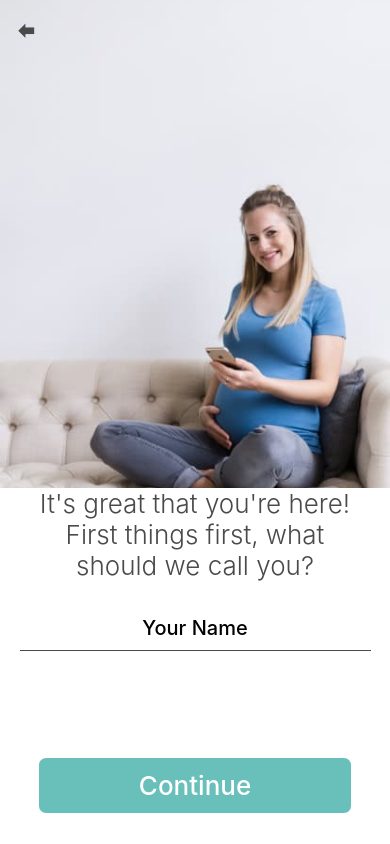
Repository: pheonixlegend/keleya
Screen: /Name
An editor plug-in stored every save of this project. The screen is shown before and after the next save, followed by the edit.
The app was drawn by React Native's web renderer in a window 390 px wide. The project was rebuilt for these pictures with package versions that can differ from the ones it lists, and the page was loaded fresh each time. Also part of the build but not shown: components/ImageHeader.tsx, components/LoginSignupDetails.tsx, screens/SignUp.tsx, screens/SignIn.tsx, screens/Date.tsx, screens/Workout.tsx, screens/Success.tsx.

Above is the screen before, as saved 2021-10-10 14:47:43.

After the next save:
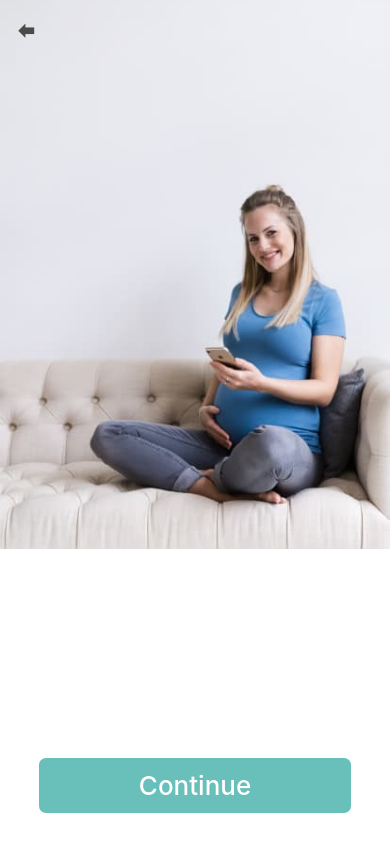
Saved 24 s later.
--- a/components/NameTimeDetails.tsx
+++ b/components/NameTimeDetails.tsx
@@ -20,18 +20,7 @@
           How many times a week do you want to be active
       </Text>
       <View style={styles.centeredView}>
-        <Text style={[styles.subText, screenType == "workoutScreen" ? { display: 'none' }
-            : { display: 'flex' }]}>
-          {screenType == "nameScreen" ?
-            'It\'s great that you\'re here! First things first, what should we call you?'
-           : 'When is your baby due, Sam?'}
-        </Text>
 
-        <TextInput
-          placeholder="Your Name"
-          style={[styles.input, screenType == "workoutScreen" ? { display: 'none' }
-          : { display: 'flex' }]}
-        />
 
         <Picker
           selectedValue={routine}

After the save that followed:
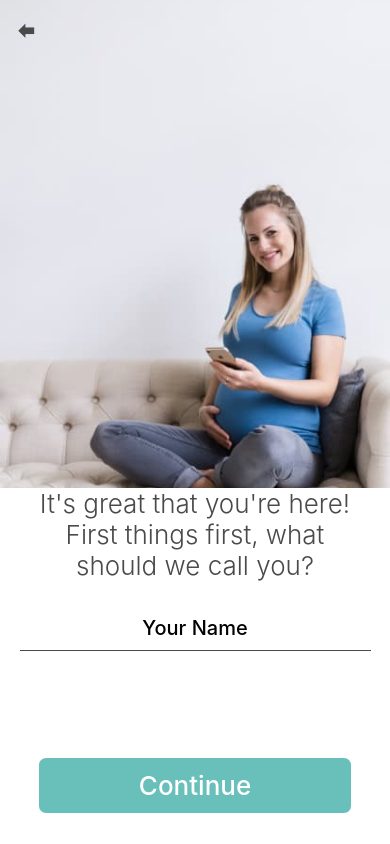
Saved 11 s later.
--- a/components/NameTimeDetails.tsx
+++ b/components/NameTimeDetails.tsx
@@ -20,7 +20,18 @@
           How many times a week do you want to be active
       </Text>
       <View style={styles.centeredView}>
+        <Text style={[styles.subText, screenType == "workoutScreen" ? { display: 'none' }
+            : { display: 'flex' }]}>
+          {screenType == "nameScreen" ?
+            'It\'s great that you\'re here! First things first, what should we call you?'
+           : 'When is your baby due, Sam?'}
+        </Text>
 
+        <TextInput
+          placeholder="Your Name"
+          style={[styles.input, screenType == "workoutScreen" ? { display: 'none' }
+          : { display: 'flex' }]}
+        />
 
         <Picker
           selectedValue={routine}
